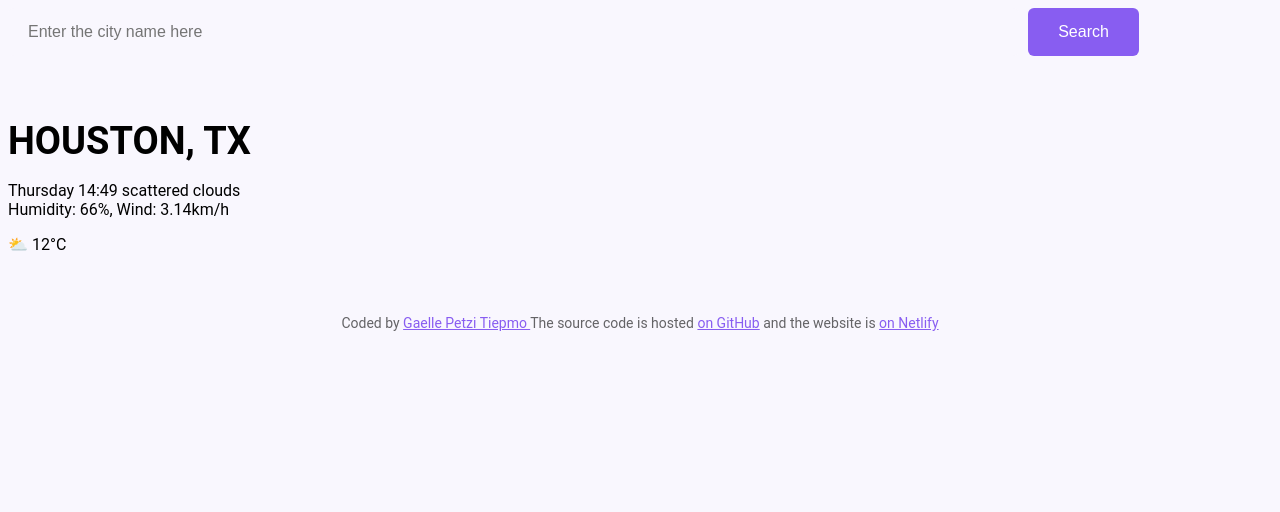
Repository: OnwardForward/meteo.by.gaelle
Page: meteo.appbygaelle.html
An editor plug-in stored every save of this project. The page is shown before and after a run of saves, followed by the edit.
The browser window is 1280 px wide. The pictures show the whole page.

Above is the page before, as saved 2024-04-18 15:23:20.

After the next 2 saves:
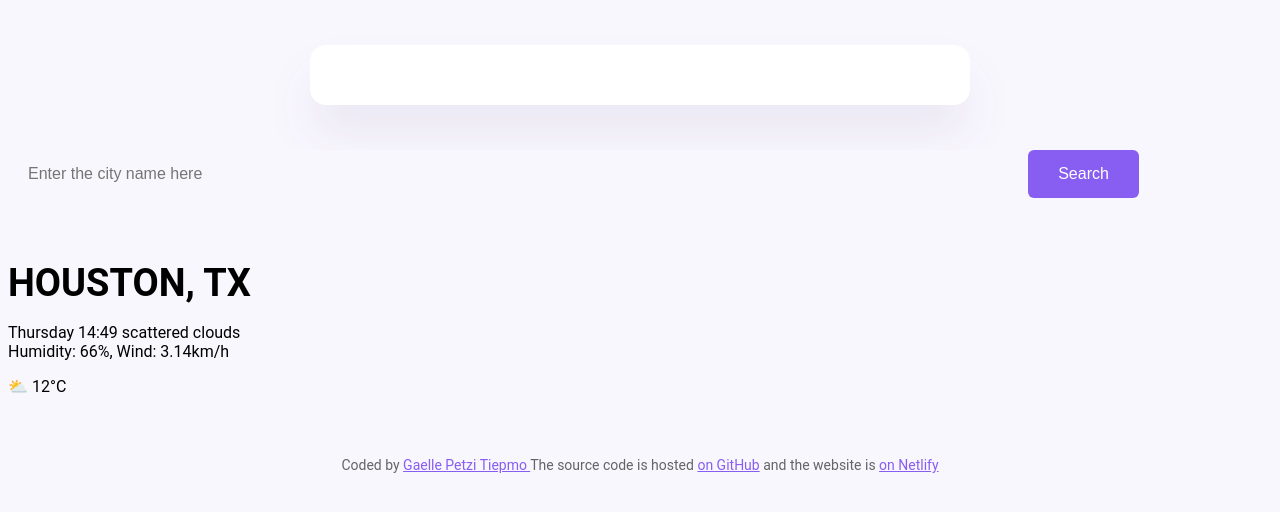
The 2 saves are shown as one change because they came seconds apart.
The last was saved 45 s later.
--- a/meteo.appbygaelle.html
+++ b/meteo.appbygaelle.html
@@ -7,7 +7,8 @@
     <link rel="stylesheet" href="src\styles.css" />
 </head>
 <body>
-   <header>
+      <div class="weather-app"></div>
+    <header>
     <form>
         <input type="search" placeholder="Enter the city name here" required class="search-form-input" />
         <input type="submit" value="Search" class="search-form-button" />

After the 2 saves that followed:
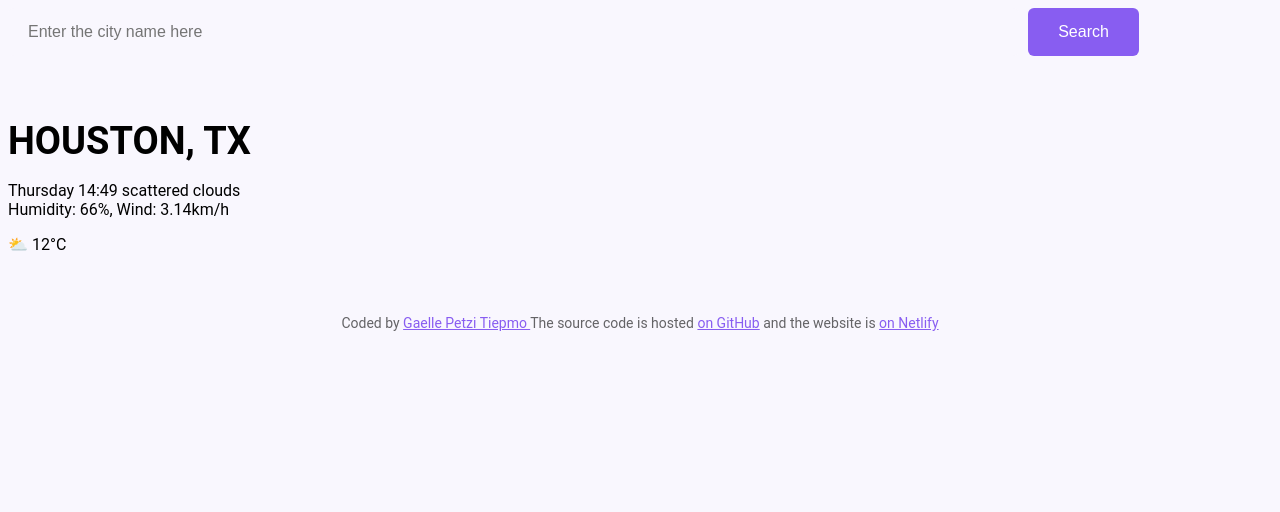
The 2 saves are shown as one change because 1 left the picture as it was.
The last was saved 9 s later.
--- a/meteo.appbygaelle.html
+++ b/meteo.appbygaelle.html
@@ -7,7 +7,7 @@
     <link rel="stylesheet" href="src\styles.css" />
 </head>
 <body>
-      <div class="weather-app"></div>
+    <div class="meteo-app"></div>
     <header>
     <form>
         <input type="search" placeholder="Enter the city name here" required class="search-form-input" />
